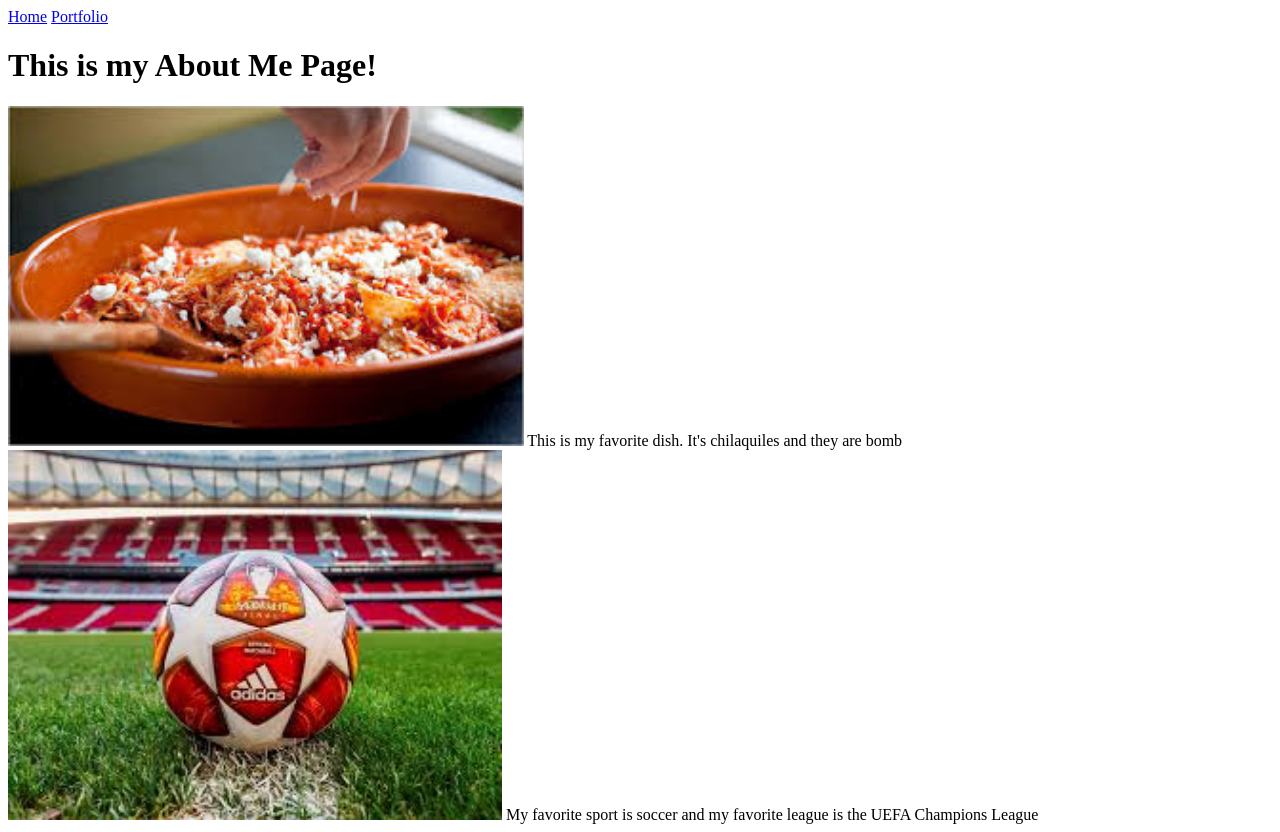
Repository: JSanchez571/JSanchez571.github.io
Page: my_website/aboutme.html
The author's editor kept a record of every edit. The page is drawn from the files as they stood at one moment, then again after the next edit.
The browser window is 1280 px wide. The pictures show the whole page.

Above is the page before.

### my_website/aboutme.html
<!doctype html>
	<html lang="en">
	  <head>
	    <meta charset="utf-8">
	    <title>About Me</title>
	  </head>
	  <body>
    <a href="index.html">Home</a>
    <a href="portfolio.html">Portfolio</a>
    <h1>This is my About Me Page!</h1>
    <img src="images/chilaquiles.jpeg" height="340">
    <body>This is my favorite dish. It's chilaquiles and they are bomb
    <br>
    <img src="images/UEFA Ball.jpg" height="370">
    <body>My favorite sport is soccer and my favorite league is the UEFA Champions League
    </a>
	  </body>
	</html>

After the next edit:
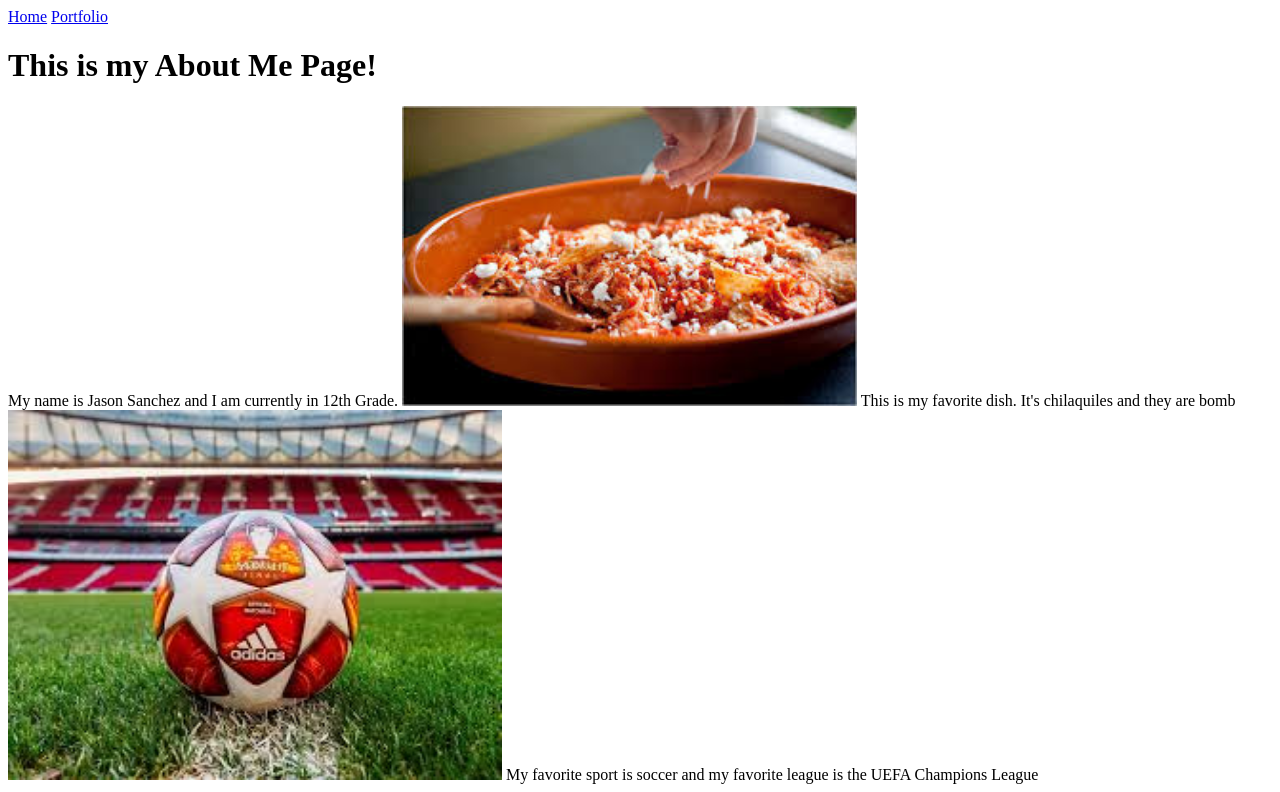
The edit:
--- a/my_website/aboutme.html
+++ b/my_website/aboutme.html
@@ -8,7 +8,8 @@
     <a href="index.html">Home</a>
     <a href="portfolio.html">Portfolio</a>
     <h1>This is my About Me Page!</h1>
-    <img src="images/chilaquiles.jpeg" height="340">
+    <body>My name is Jason Sanchez and I am currently in 12th Grade.
+    <img src="images/chilaquiles.jpeg" height="300">
     <body>This is my favorite dish. It's chilaquiles and they are bomb
     <br>
     <img src="images/UEFA Ball.jpg" height="370">
